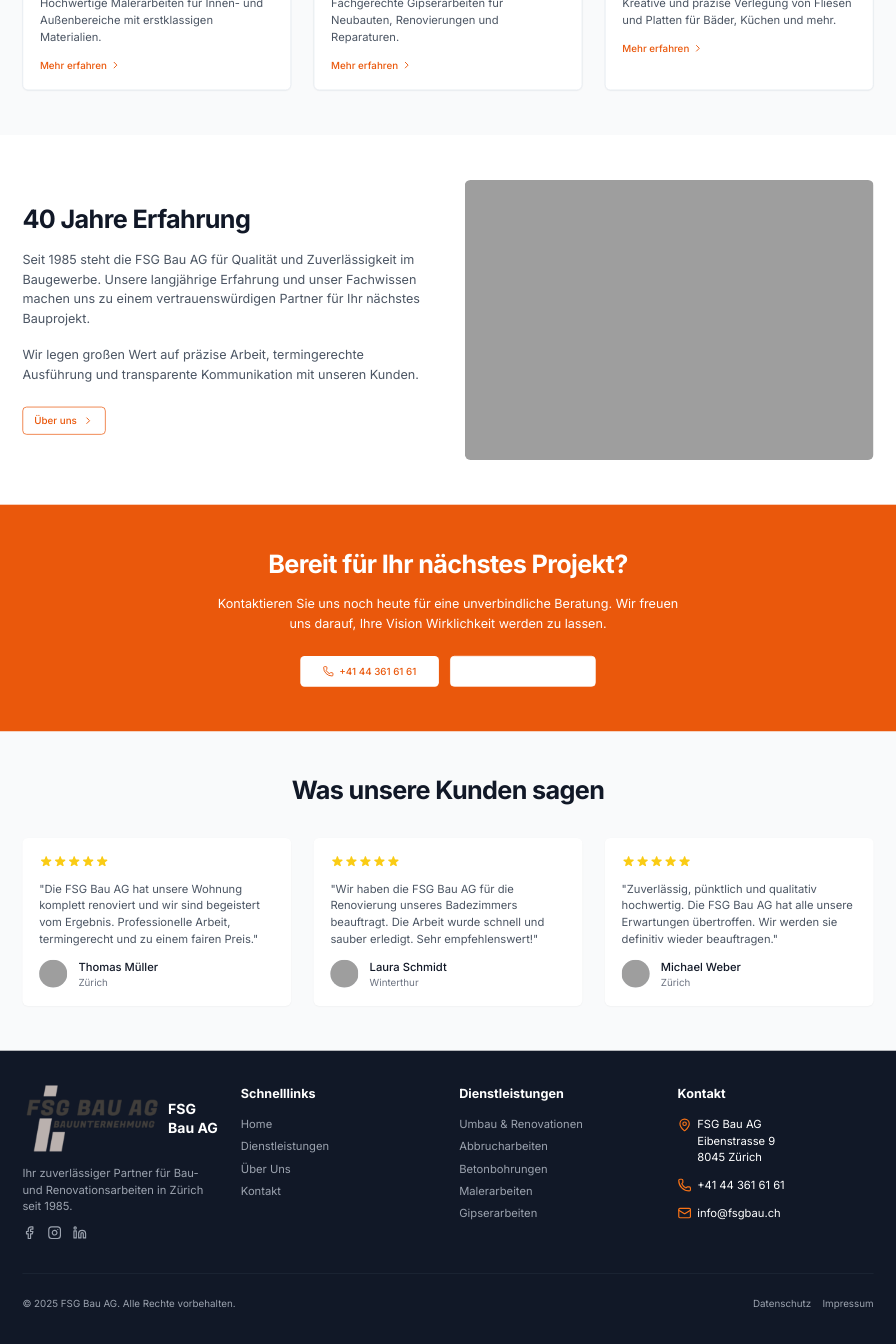
Repository: armendzz/v0-untitled-project
Page: /
An editor plug-in stored every save of this project. The page is shown before and after the next save, followed by the edit.
The browser window is 1280 px wide. The pictures show the part of the page from y = 1580 to 3500 px (the page is 3500 px tall), at 70% of full size.
Pictures or frames that could not be fetched are drawn as grey boxes. The project was rebuilt for these pictures with package versions that can differ from the ones it lists, and the page was loaded fresh each time. The framework's server and built-in components were replaced by stand-ins that run in the browser. Also part of the build but not shown: next.config.mjs.

Above is the page before, as saved 2025-05-05 13:00:51.

### app/layout.tsx
import type React from "react"
import type { Metadata } from "next"
import { Inter } from "next/font/google"

import Footer from "@/components/footer"
import Header from "@/components/header"
import { ThemeProvider } from "@/components/theme-provider"

import "./globals.css"

const inter = Inter({ subsets: ["latin"] })

export const metadata: Metadata = {
  title: "FSG Bau AG | Ihr Baupartner in Zürich",
  description: "FSG Bau AG - Ihr zuverlässiger Partner für Bau- und Renovationsarbeiten in Zürich seit 1985.",
    generator: 'v0.dev'
}

export default function RootLayout({
  children,
}: Readonly<{
  children: React.ReactNode
}>) {
  return (
    <html lang="de">
      <body className={inter.className}>
        <ThemeProvider attribute="class" defaultTheme="light" enableSystem>
          <div className="flex min-h-screen flex-col">
            <Header />
            <div className="flex-1">{children}</div>
            <Footer />
          </div>
        </ThemeProvider>
      </body>
    </html>
  )
}

### components/footer.tsx
"use client"

import Image from "next/image"
import Link from "next/link"
import { Facebook, Instagram, Linkedin, Mail, MapPin, Phone } from "lucide-react"
import { motion } from "framer-motion"

export default function Footer() {
  return (
    <footer className="bg-gray-900 text-white">
      <div className="container py-12">
        <div className="grid gap-8 md:grid-cols-2 lg:grid-cols-4">
          {/* Company Info */}
          <motion.div
            initial={{ opacity: 0, y: 20 }}
            whileInView={{ opacity: 1, y: 0 }}
            transition={{ duration: 0.5 }}
            viewport={{ once: true }}
          >
            <div className="mb-4 flex items-center gap-2">
              <Image src="/logo.png" alt="FSG Bau AG Logo" width={200} height={100} />
              <span className="text-xl font-bold">FSG Bau AG</span>
            </div>
            <p className="mb-4 text-gray-400">
              Ihr zuverlässiger Partner für Bau- und Renovationsarbeiten in Zürich seit 1985.
            </p>
            <div className="flex space-x-4">
              <motion.div whileHover={{ scale: 1.2, color: "#ffffff" }} transition={{ type: "spring", stiffness: 400 }}>
                <Link href="#" className="text-gray-400 hover:text-white">
                  <Facebook className="h-5 w-5" />
                  <span className="sr-only">Facebook</span>
                </Link>
              </motion.div>
              <motion.div whileHover={{ scale: 1.2, color: "#ffffff" }} transition={{ type: "spring", stiffness: 400 }}>
                <Link href="#" className="text-gray-400 hover:text-white">
                  <Instagram className="h-5 w-5" />
                  <span className="sr-only">Instagram</span>
                </Link>
              </motion.div>
              <motion.div whileHover={{ scale: 1.2, color: "#ffffff" }} transition={{ type: "spring", stiffness: 400 }}>
                <Link href="#" className="text-gray-400 hover:text-white">
                  <Linkedin className="h-5 w-5" />
                  <span className="sr-only">LinkedIn</span>
                </Link>
              </motion.div>
            </div>
          </motion.div>

          {/* Quick Links */}
          <motion.div
            initial={{ opacity: 0, y: 20 }}
            whileInView={{ opacity: 1, y: 0 }}
            transition={{ duration: 0.5, delay: 0.1 }}
            viewport={{ once: true }}
          >
            <h3 className="mb-4 text-lg font-bold">Schnelllinks</h3>
            <ul className="space-y-2">
              {["Home", "Dienstleistungen", "Über Uns", "Kontakt"].map((item, index) => (
                <motion.li
                  key={item}
                  initial={{ opacity: 0, x: -10 }}
                  whileInView={{ opacity: 1, x: 0 }}
                  transition={{ duration: 0.3, delay: 0.1 * (index + 1) }}
                  viewport={{ once: true }}
                >
                  <Link
                    href={item === "Home" ? "/" : `/${item.toLowerCase().replace(" ", "-").replace("ü", "ue")}`}
                    className="text-gray-400 hover:text-white"
                  >
                    {item}
                  </Link>
                </motion.li>
              ))}
            </ul>
          </motion.div>

          {/* Services */}
          <motion.div
            initial={{ opacity: 0, y: 20 }}
            whileInView={{ opacity: 1, y: 0 }}
            transition={{ duration: 0.5, delay: 0.2 }}
            viewport={{ once: true }}
          >
            <h3 className="mb-4 text-lg font-bold">Dienstleistungen</h3>
            <ul className="space-y-2">
              {["Umbau & Renovationen", "Abbrucharbeiten", "Betonbohrungen", "Malerarbeiten", "Gipserarbeiten"].map(
                (service, index) => (
                  <motion.li
                    key={service}
                    initial={{ opacity: 0, x: -10 }}
                    whileInView={{ opacity: 1, x: 0 }}
                    transition={{ duration: 0.3, delay: 0.1 * (index + 1) }}
                    viewport={{ once: true }}
                  >
                    <Link href="/dienstleistungen" className="text-gray-400 hover:text-white">
                      {service}
                    </Link>
                  </motion.li>
                ),
              )}
            </ul>
          </motion.div>

          {/* Contact Info */}
          <motion.div
            initial={{ opacity: 0, y: 20 }}
            whileInView={{ opacity: 1, y: 0 }}
            transition={{ duration: 0.5, delay: 0.3 }}
            viewport={{ once: true }}
          >
            <h3 className="mb-4 text-lg font-bold">Kontakt</h3>
            <ul className="space-y-4">
              <motion.li
                className="flex items-start"
                initial={{ opacity: 0, x: -10 }}
                whileInView={{ opacity: 1, x: 0 }}
                transition={{ duration: 0.3, delay: 0.1 }}
                viewport={{ once: true }}
              >
                <MapPin className="mr-2 mt-1 h-5 w-5 flex-shrink-0 text-orange-500" />
                <span>
                  FSG Bau AG
                  <br />
                  Eibenstrasse 9
                  <br />
                  8045 Zürich
                </span>
              </motion.li>
              <motion.li
                className="flex items-center"
                initial={{ opacity: 0, x: -10 }}
                whileInView={{ opacity: 1, x: 0 }}
                transition={{ duration: 0.3, delay: 0.2 }}
                viewport={{ once: true }}
              >
                <Phone className="mr-2 h-5 w-5 flex-shrink-0 text-orange-500" />
                <a href="tel:+41443616161" className="hover:text-orange-500">
                  +41 44 361 61 61
                </a>
              </motion.li>
              <motion.li
                className="flex items-center"
                initial={{ opacity: 0, x: -10 }}
                whileInView={{ opacity: 1, x: 0 }}
                transition={{ duration: 0.3, delay: 0.3 }}
                viewport={{ once: true }}
              >
                <Mail className="mr-2 h-5 w-5 flex-shrink-0 text-orange-500" />
                <a href="mailto:info@fsgbau.ch" className="hover:text-orange-500">
                  info@fsgbau.ch
                </a>
              </motion.li>
            </ul>
          </motion.div>
        </div>

        <motion.div
          className="mt-12 border-t border-gray-800 pt-8"
          initial={{ opacity: 0 }}
          whileInView={{ opacity: 1 }}
          transition={{ duration: 0.5, delay: 0.5 }}
          viewport={{ once: true }}
        >
          <div className="flex flex-col items-center justify-between gap-4 md:flex-row">
            <p className="text-sm text-gray-400">© {new Date().getFullYear()} FSG Bau AG. Alle Rechte vorbehalten.</p>
            <div className="flex gap-4 text-sm text-gray-400">
              <Link href="/datenschutz" className="hover:text-white">
                Datenschutz
              </Link>
              <Link href="/impressum" className="hover:text-white">
                Impressum
              </Link>
            </div>
          </div>
        </motion.div>
      </div>
    </footer>
  )
}

### components/ui/animated-button.tsx
"use client"

import type React from "react"

import { forwardRef } from "react"
import { motion } from "framer-motion"

import { Button } from "@/components/ui/button"

interface AnimatedButtonProps extends React.ComponentPropsWithoutRef<typeof Button> {
  children: React.ReactNode
  whileHover?: "scale" | "pulse" | "glow" | "none"
  whileTap?: "scale" | "none"
}

export const AnimatedButton = forwardRef<HTMLButtonElement, AnimatedButtonProps>(
  ({ children, whileHover = "scale", whileTap = "scale", ...props }, ref) => {
    const getHoverAnimation = () => {
      switch (whileHover) {
        case "scale":
          return { scale: 1.05 }
        case "pulse":
          return { scale: [1, 1.05, 1] }
        case "glow":
          return { boxShadow: "0 0 8px rgba(255, 255, 255, 0.5)" }
        case "none":
          return {}
      }
    }

    const getTapAnimation = () => {
      switch (whileTap) {
        case "scale":
          return { scale: 0.95 }
        case "none":
          return {}
      }
    }

    return (
      <motion.div
        whileHover={getHoverAnimation()}
        whileTap={getTapAnimation()}
        transition={{ type: "spring", stiffness: 400, damping: 17 }}
      >
        <Button ref={ref} {...props}>
          {children}
        </Button>
      </motion.div>
    )
  },
)

AnimatedButton.displayName = "AnimatedButton"

### components/ui/animated-card.tsx
"use client"

import type React from "react"

import { useRef } from "react"
import { motion, useInView } from "framer-motion"

interface AnimatedCardProps {
  children: React.ReactNode
  className?: string
  delay?: number
  once?: boolean
  threshold?: number
  hoverEffect?: boolean
}

export function AnimatedCard({
  children,
  className,
  delay = 0,
  once = true,
  threshold = 0.2,
  hoverEffect = true,
}: AnimatedCardProps) {
  const ref = useRef<HTMLDivElement>(null)
  const isInView = useInView(ref, { once, threshold })

  return (
    <motion.div
      ref={ref}
      className={className}
      initial={{ opacity: 0, y: 20 }}
      animate={isInView ? { opacity: 1, y: 0 } : { opacity: 0, y: 20 }}
      transition={{ duration: 0.5, delay, ease: "easeOut" }}
      whileHover={
        hoverEffect
          ? {
              y: -5,
              boxShadow: "0 10px 25px -5px rgba(0, 0, 0, 0.1), 0 8px 10px -6px rgba(0, 0, 0, 0.1)",
              transition: { duration: 0.2 },
            }
          : undefined
      }
    >
      {children}
    </motion.div>
  )
}

### components/ui/animated-image.tsx
"use client"

import { useRef } from "react"
import Image from "next/image"
import { motion, useInView } from "framer-motion"

interface AnimatedImageProps {
  src: string
  alt: string
  width?: number
  height?: number
  fill?: boolean
  className?: string
  delay?: number
  once?: boolean
  threshold?: number
  priority?: boolean
  effect?: "fade" | "zoom" | "slide" | "reveal"
}

export function AnimatedImage({
  src,
  alt,
  width,
  height,
  fill = false,
  className,
  delay = 0,
  once = true,
  threshold = 0.2,
  priority = false,
  effect = "fade",
}: AnimatedImageProps) {
  const ref = useRef<HTMLDivElement>(null)
  const isInView = useInView(ref, { once, threshold })

  const getEffectVariants = () => {
    switch (effect) {
      case "fade":
        return {
          hidden: { opacity: 0 },
          visible: { opacity: 1 },
        }
      case "zoom":
        return {
          hidden: { opacity: 0, scale: 1.1 },
          visible: { opacity: 1, scale: 1 },
        }
      case "slide":
        return {
          hidden: { opacity: 0, x: -40 },
          visible: { opacity: 1, x: 0 },
        }
      case "reveal":
        return {
          hidden: { clipPath: "inset(0 100% 0 0)" },
          visible: { clipPath: "inset(0 0% 0 0)" },
        }
    }
  }

  return (
    <motion.div
      ref={ref}
      className={`relative ${fill ? "h-full w-full" : ""} overflow-hidden ${className}`}
      initial="hidden"
      animate={isInView ? "visible" : "hidden"}
      variants={getEffectVariants()}
      transition={{ duration: 0.8, delay, ease: "easeOut" }}
    >
      <Image
        src={src || "/placeholder.svg"}
        alt={alt}
        width={width}
        height={height}
        fill={fill}
        className={className}
        priority={priority}
      />
    </motion.div>
  )
}

### components/ui/animated-section.tsx
"use client"

import type React from "react"

import { useRef } from "react"
import { motion, useInView } from "framer-motion"

interface AnimatedSectionProps {
  children: React.ReactNode
  className?: string
  delay?: number
  direction?: "up" | "down" | "left" | "right" | "none"
  duration?: number
  once?: boolean
  threshold?: number
}

export function AnimatedSection({
  children,
  className,
  delay = 0,
  direction = "up",
  duration = 0.5,
  once = true,
  threshold = 0.2,
}: AnimatedSectionProps) {
  const ref = useRef<HTMLDivElement>(null)
  const isInView = useInView(ref, { once, threshold })

  const getDirectionVariants = () => {
    switch (direction) {
      case "up":
        return {
          hidden: { opacity: 0, y: 40 },
          visible: { opacity: 1, y: 0 },
        }
      case "down":
        return {
          hidden: { opacity: 0, y: -40 },
          visible: { opacity: 1, y: 0 },
        }
      case "left":
        return {
          hidden: { opacity: 0, x: 40 },
          visible: { opacity: 1, x: 0 },
        }
      case "right":
        return {
          hidden: { opacity: 0, x: -40 },
          visible: { opacity: 1, x: 0 },
        }
      case "none":
        return {
          hidden: { opacity: 0 },
          visible: { opacity: 1 },
        }
    }
  }

  return (
    <motion.div
      ref={ref}
      initial="hidden"
      animate={isInView ? "visible" : "hidden"}
      variants={getDirectionVariants()}
      transition={{ duration, delay, ease: "easeOut" }}
      className={className}
    >
      {children}
    </motion.div>
  )
}

### components/ui/animated-text.tsx
"use client"

import { useRef } from "react"
import { motion, useInView } from "framer-motion"

interface AnimatedTextProps {
  text: string
  className?: string
  delay?: number
  once?: boolean
  threshold?: number
  type?: "heading" | "paragraph"
  staggerChildren?: number
}

export function AnimatedText({
  text,
  className,
  delay = 0,
  once = true,
  threshold = 0.2,
  type = "heading",
  staggerChildren = 0.02,
}: AnimatedTextProps) {
  const ref = useRef<HTMLDivElement>(null)
  const isInView = useInView(ref, { once, threshold })

  const words = text.split(" ")

  // Animation variants
  const container = {
    hidden: { opacity: 0 },
    visible: (i = 1) => ({
      opacity: 1,
      transition: { staggerChildren: staggerChildren, delayChildren: delay, ease: "easeOut" },
    }),
  }

  const child = {
    visible: {
      opacity: 1,
      y: 0,
      transition: {
        type: "spring",
        damping: 12,
        stiffness: 100,
      },
    },
    hidden: {
      opacity: 0,
      y: 20,
      transition: {
        type: "spring",
        damping: 12,
        stiffness: 100,
      },
    },
  }

  return (
    <motion.div
      ref={ref}
      className={`overflow-hidden ${className}`}
      variants={container}
      initial="hidden"
      animate={isInView ? "visible" : "hidden"}
    >
      {type === "heading" ? (
        <span className="sr-only">{text}</span>
      ) : (
        <p className="sr-only" aria-live="polite">
          {text}
        </p>
      )}
      <span className="inline" aria-hidden="true">
        {words.map((word, index) => (
          <span key={index} className="inline-block">
            {word.split("").map((char, charIndex) => (
              <motion.span key={charIndex} className="inline-block" variants={child}>
                {char}
              </motion.span>
            ))}
            <span className="inline-block">&nbsp;</span>
          </span>
        ))}
      </span>
    </motion.div>
  )
}

### components/ui/button.tsx
import * as React from "react"
import { Slot } from "@radix-ui/react-slot"
import { cva, type VariantProps } from "class-variance-authority"

import { cn } from "@/lib/utils"

const buttonVariants = cva(
  "inline-flex items-center justify-center gap-2 whitespace-nowrap rounded-md text-sm font-medium ring-offset-background transition-colors focus-visible:outline-none focus-visible:ring-2 focus-visible:ring-ring focus-visible:ring-offset-2 disabled:pointer-events-none disabled:opacity-50 [&_svg]:pointer-events-none [&_svg]:size-4 [&_svg]:shrink-0",
  {
    variants: {
      variant: {
        default: "bg-primary text-primary-foreground hover:bg-primary/90",
        destructive:
          "bg-destructive text-destructive-foreground hover:bg-destructive/90",
        outline:
          "border border-input bg-background hover:bg-accent hover:text-accent-foreground",
        secondary:
          "bg-secondary text-secondary-foreground hover:bg-secondary/80",
        ghost: "hover:bg-accent hover:text-accent-foreground",
        link: "text-primary underline-offset-4 hover:underline",
      },
      size: {
        default: "h-10 px-4 py-2",
        sm: "h-9 rounded-md px-3",
        lg: "h-11 rounded-md px-8",
        icon: "h-10 w-10",
      },
    },
    defaultVariants: {
      variant: "default",
      size: "default",
    },
  }
)

export interface ButtonProps
  extends React.ButtonHTMLAttributes<HTMLButtonElement>,
    VariantProps<typeof buttonVariants> {
  asChild?: boolean
}

const Button = React.forwardRef<HTMLButtonElement, ButtonProps>(
  ({ className, variant, size, asChild = false, ...props }, ref) => {
    const Comp = asChild ? Slot : "button"
    return (
      <Comp
        className={cn(buttonVariants({ variant, size, className }))}
        ref={ref}
        {...props}
      />
    )
  }
)
Button.displayName = "Button"

export { Button, buttonVariants }

### tailwind.config.ts
import type { Config } from "tailwindcss"

const config = {
  darkMode: ["class"],
  content: [
    "./pages/**/*.{ts,tsx}",
    "./components/**/*.{ts,tsx}",
    "./app/**/*.{ts,tsx}",
    "./src/**/*.{ts,tsx}",
    "*.{js,ts,jsx,tsx,mdx}",
  ],
  prefix: "",
  theme: {
    container: {
      center: true,
      padding: "2rem",
      screens: {
        "2xl": "1400px",
      },
    },
    extend: {
      colors: {
        border: "hsl(var(--border))",
        input: "hsl(var(--input))",
        ring: "hsl(var(--ring))",
        background: "hsl(var(--background))",
        foreground: "hsl(var(--foreground))",
        primary: {
          DEFAULT: "hsl(var(--primary))",
          foreground: "hsl(var(--primary-foreground))",
        },
        secondary: {
          DEFAULT: "hsl(var(--secondary))",
          foreground: "hsl(var(--secondary-foreground))",
        },
        destructive: {
          DEFAULT: "hsl(var(--destructive))",
          foreground: "hsl(var(--destructive-foreground))",
        },
        muted: {
          DEFAULT: "hsl(var(--muted))",
          foreground: "hsl(var(--muted-foreground))",
        },
        accent: {
          DEFAULT: "hsl(var(--accent))",
          foreground: "hsl(var(--accent-foreground))",
        },
        popover: {
          DEFAULT: "hsl(var(--popover))",
          foreground: "hsl(var(--popover-foreground))",
        },
        card: {
          DEFAULT: "hsl(var(--card))",
          foreground: "hsl(var(--card-foreground))",
        },
        orange: {
          50: "#fff7ed",
          100: "#ffedd5",
          200: "#fed7aa",
          300: "#fdba74",
          400: "#fb923c",
          500: "#f97316",
          600: "#ea580c",
          700: "#c2410c",
          800: "#9a3412",
          900: "#7c2d12",
          950: "#431407",
        },
      },
      borderRadius: {
        lg: "var(--radius)",
        md: "calc(var(--radius) - 2px)",
        sm: "calc(var(--radius) - 4px)",
      },
      keyframes: {
        "accordion-down": {
          from: { height: "0" },
          to: { height: "var(--radix-accordion-content-height)" },
        },
        "accordion-up": {
          from: { height: "var(--radix-accordion-content-height)" },
          to: { height: "0" },
        },
      },
      animation: {
        "accordion-down": "accordion-down 0.2s ease-out",
        "accordion-up": "accordion-up 0.2s ease-out",
      },
    },
  },
  plugins: [require("tailwindcss-animate")],
} satisfies Config

export default config

Loaded but not shown: components/theme-provider.tsx (common file); lib/utils.ts (common file); app/page.tsx (264 lines, source omitted); components/ui/sheet.tsx (140 lines, source omitted); components/header.tsx (110 lines, source omitted); app/globals.css (155 lines, source omitted)

After the next save:
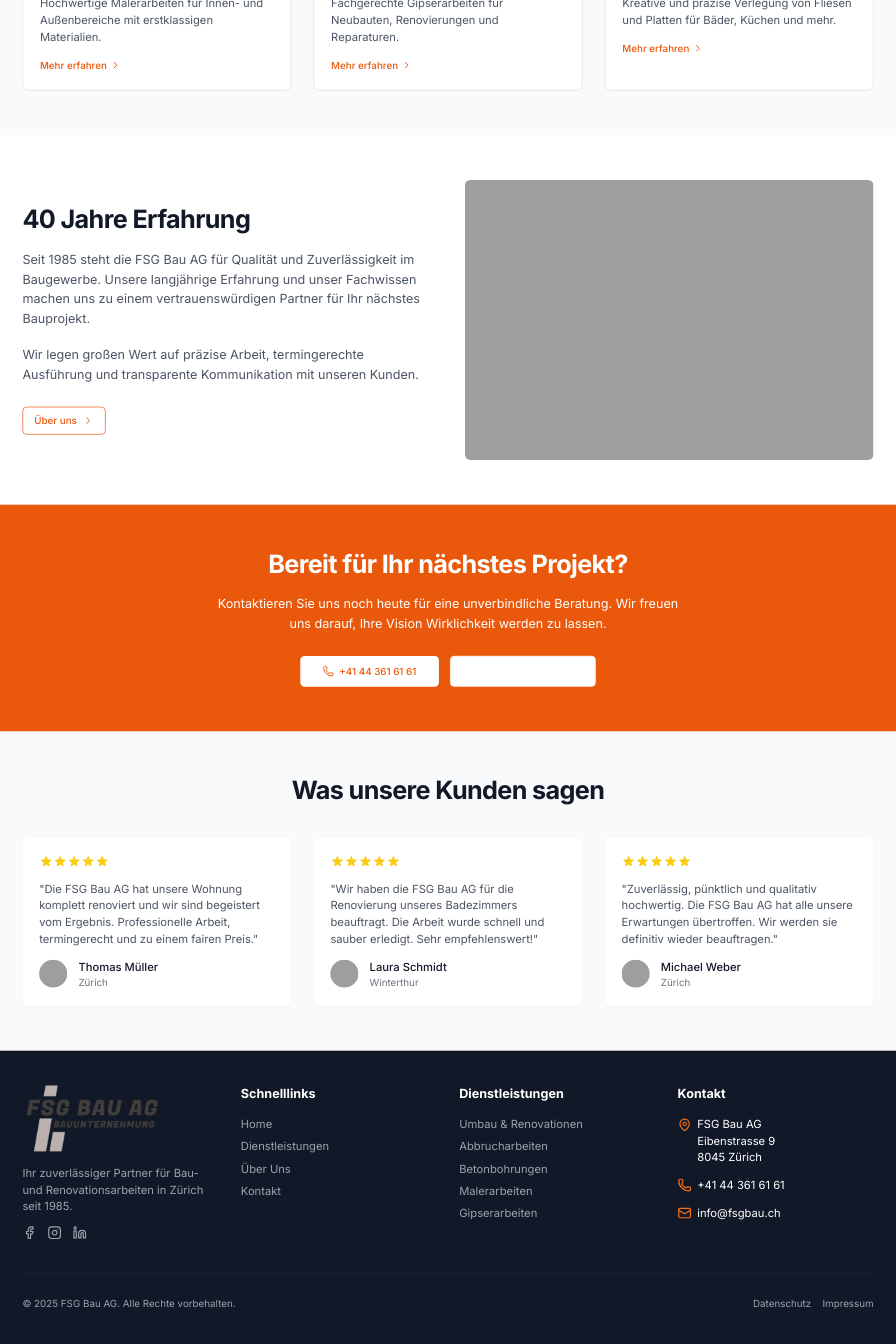
Saved 5 s later.
--- a/components/footer.tsx
+++ b/components/footer.tsx
@@ -19,7 +19,7 @@
           >
             <div className="mb-4 flex items-center gap-2">
               <Image src="/logo.png" alt="FSG Bau AG Logo" width={200} height={100} />
-              <span className="text-xl font-bold">FSG Bau AG</span>
+
             </div>
             <p className="mb-4 text-gray-400">
               Ihr zuverlässiger Partner für Bau- und Renovationsarbeiten in Zürich seit 1985.
